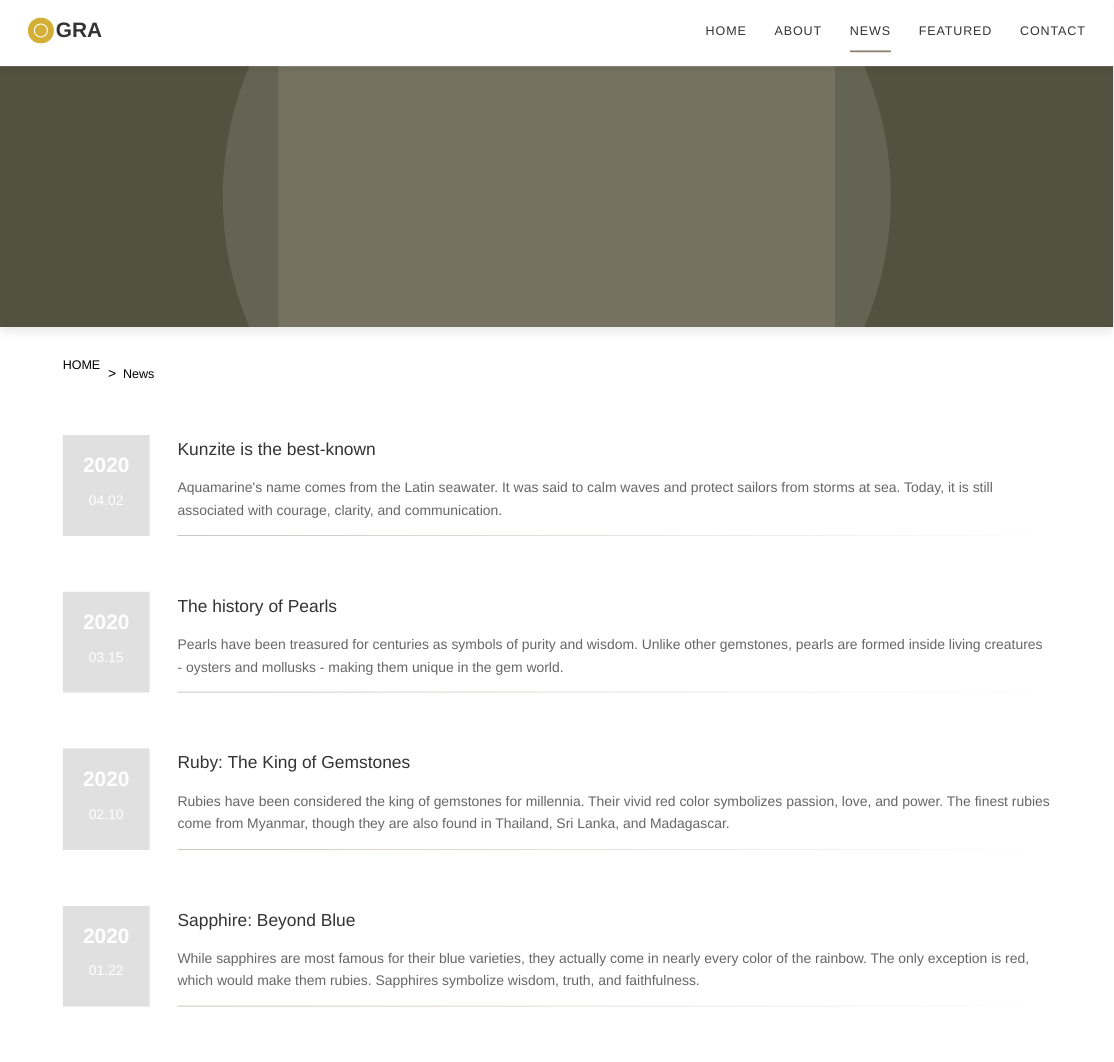
Repository: zhangchugao/jewelry
Page: /news
The author's editor kept a copy of each file at every save. The page is drawn from the files as they stood at one save, then again after the next save.
The browser window is 1280 px wide. The pictures show the whole page, at 87% of full size.
The project was rebuilt for these pictures with package versions that can differ from the ones it lists, and the page was loaded fresh each time. Also part of the build but not shown: vite.config.ts, src/components/BannerSection.vue, src/components/CertificateSection.vue, src/views/HomeView.vue, src/views/AboutView.vue, src/views/FeaturedView.vue, src/views/ContactView.vue.

Above is the page before, as saved 2025-11-23 13:16:07.

After the next save:
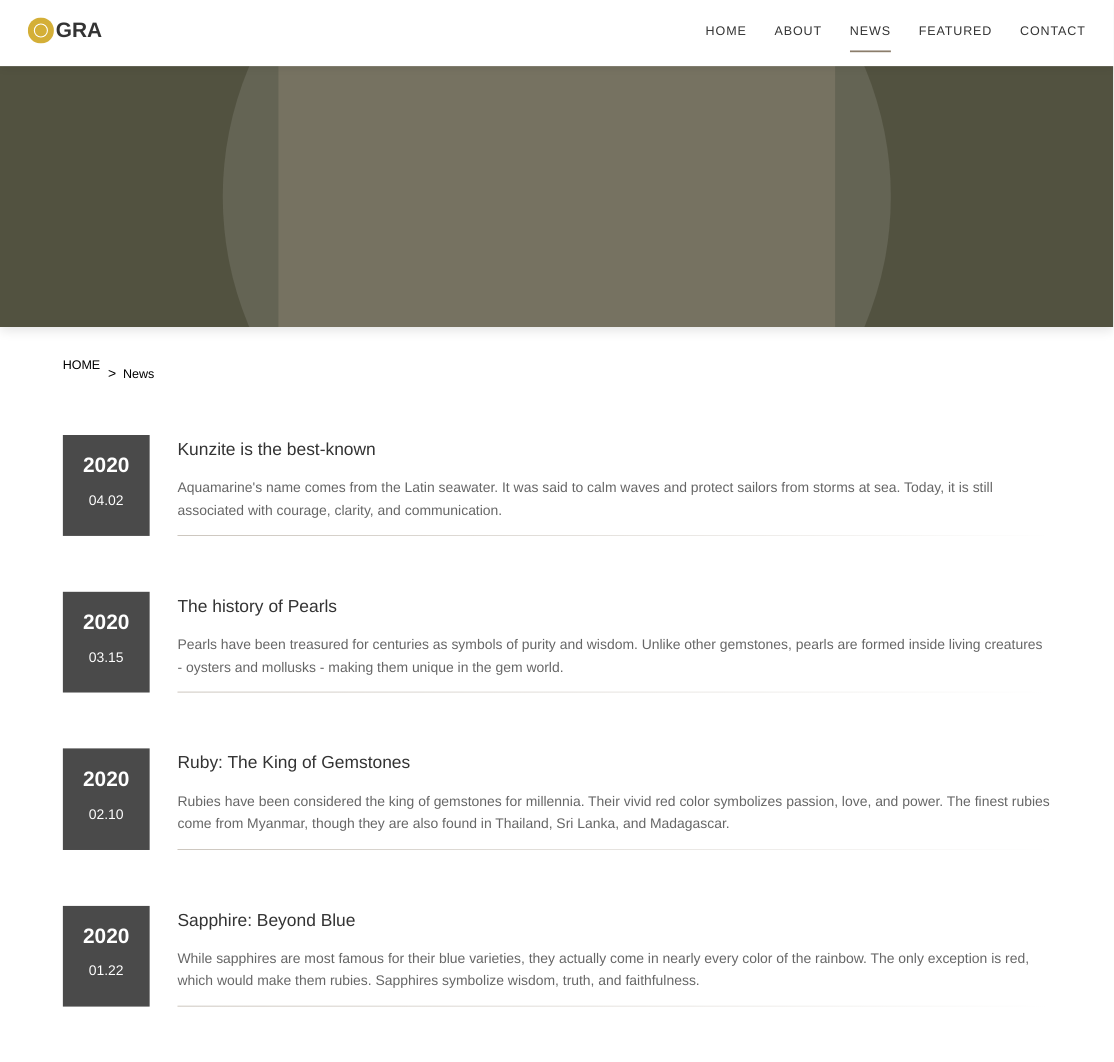
Saved 41 s later.
--- a/src/views/NewsView.vue
+++ b/src/views/NewsView.vue
@@ -219,7 +219,7 @@ const navigateToNewsDetail = (id: number) => {
 .news-date {
   min-width: 100px;
   padding: 1rem;
-  background-color: #e0e0e0; /* 修改为浅灰色背景 */
+  background-color: #4a4a4a; /* 修改为深灰色背景 */
   text-align: center;
   border-radius: 0; /* 移除圆角 */
   border: none;
